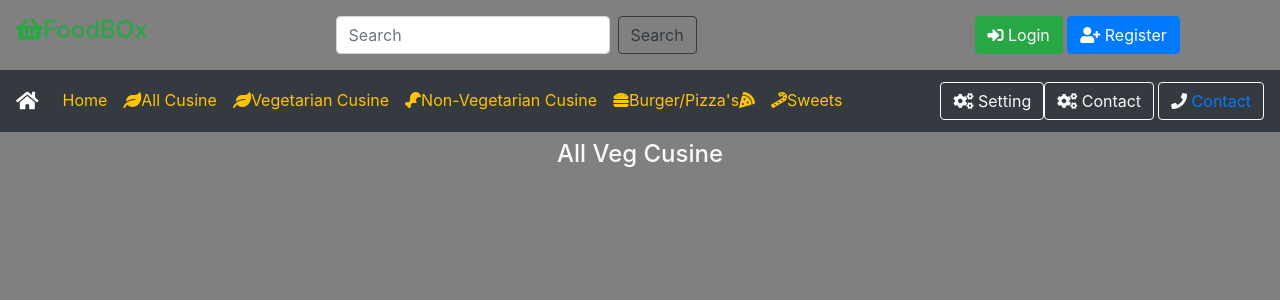
Repository: debjaniprofessional32/Capstone-Final-FoodBox-Delivery-Project
Page: http://localhost/OnlinFoodBOX/search.jsp
The author's editor kept a copy of each file at every save. The page is drawn from the files as they stood at one save, then again after the next save.
The browser window is 1280 px wide. The pictures show the whole page.
Some web libraries are served in a nearby version. The page is served by Tomcat 9. Queries for data that is not in the repository find no rows.

Above is the page before, as saved 2022-12-25 18:06:22.

After the next save:
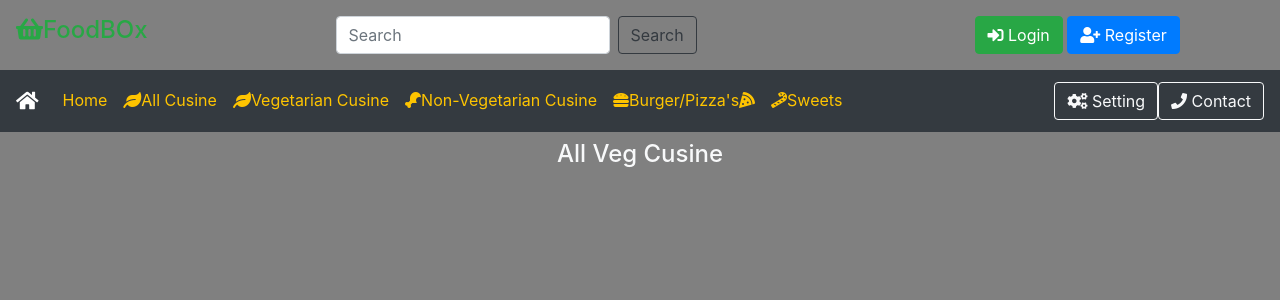
Saved 2 min 18 s later.
--- a/OnlinFoodBOX/src/main/webapp/all_Component/navbar.jsp
+++ b/OnlinFoodBOX/src/main/webapp/all_Component/navbar.jsp
@@ -90,8 +90,8 @@
     </ul>
     <form class="form-inline my-2 my-lg-0">
      <a class="btn btn-outline-light my-2 my-sm-0" href="setting.jsp" class="outline-light"><i class='fa fa-cogs '></i>&nbsp;Setting</a>
-      <a class="btn btn-outline-light my-2 my-sm-0" href="helpcenter.jsp" class="outline-light"><i class='fa fa-cogs '></i>&nbsp;Contact</a>
-      <button class="btn btn-outline-light my-2 my-sm-0 ml-1" type="submit"><i class='fa fa-phone'></i>&nbsp;<a href="helpcenter.jsp">Contact</a></button>
+      <a class="btn btn-outline-light my-2 my-sm-0" href="helpcenter.jsp" class="outline-light"><i class='fa fa-phone '></i>&nbsp;Contact</a>
+
     </form>
   </div>
 </nav>
